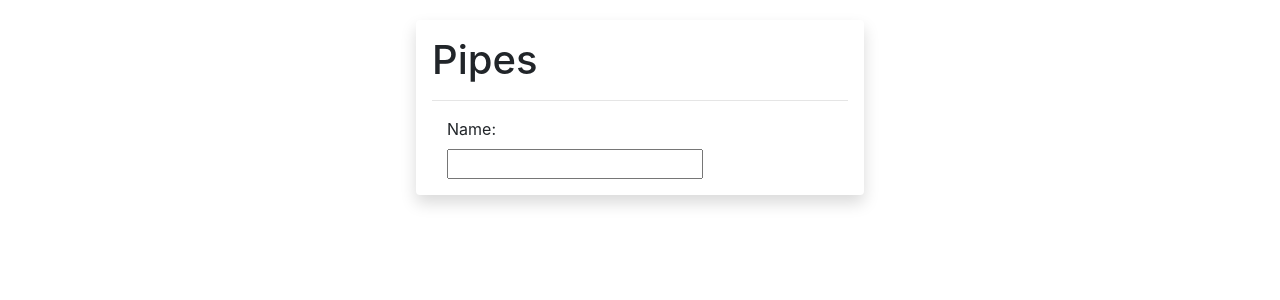
Repository: Evincars/udemy-angular
Page: / (app in pipes/)
The author's editor kept a copy of each file at every save. The page is drawn from the files as they stood at one save, then again after the next save.
The browser window is 1280 px wide. The pictures show the whole page.
The project was rebuilt for these pictures with package versions that can differ from the ones it lists, and the page was loaded fresh each time. Also part of the build but not shown: pipes/angular.json.

Above is the page before, as saved 2020-04-04 15:20:02.

### pipes/src/app/app.component.html
<div class="container shadow p-3 mb-5 bg-white rounded">
  <h1>Pipes</h1>
  <hr>
  <div class="col-md-6">
    <label>Name:</label>
    <input type="text" />
  </div>
  <div class="col-md-6">

  </div>
</div>

### pipes/src/app/app.component.scss
.container {
  margin-top: 20px;
  width: 35%;
}

Loaded but not shown: pipes/src/index.html (common file); pipes/src/styles.scss (common file); pipes/src/main.ts (common file); pipes/src/app/app.module.ts (common file); pipes/src/environments/environment.ts (common file); pipes/src/app/app.component.ts (common file)

After the next save:
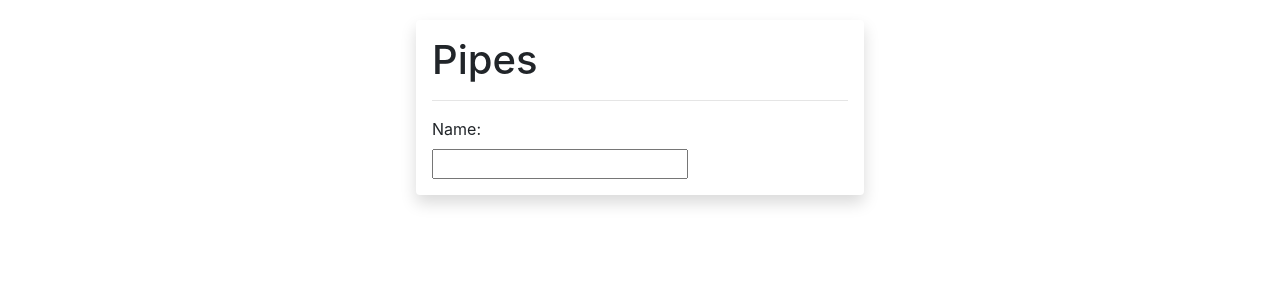
Saved 80 s later.
--- a/pipes/src/app/app.component.html
+++ b/pipes/src/app/app.component.html
@@ -2,8 +2,12 @@
   <h1>Pipes</h1>
   <hr>
   <div class="col-md-6">
-    <label>Name:</label>
-    <input type="text" />
+    <div class="row">
+      <label>Name:</label>
+    </div>
+    <div class="row">
+      <input type="text" (input)="onNameChange($event.target.value)" />
+    </div>
   </div>
   <div class="col-md-6">
 
